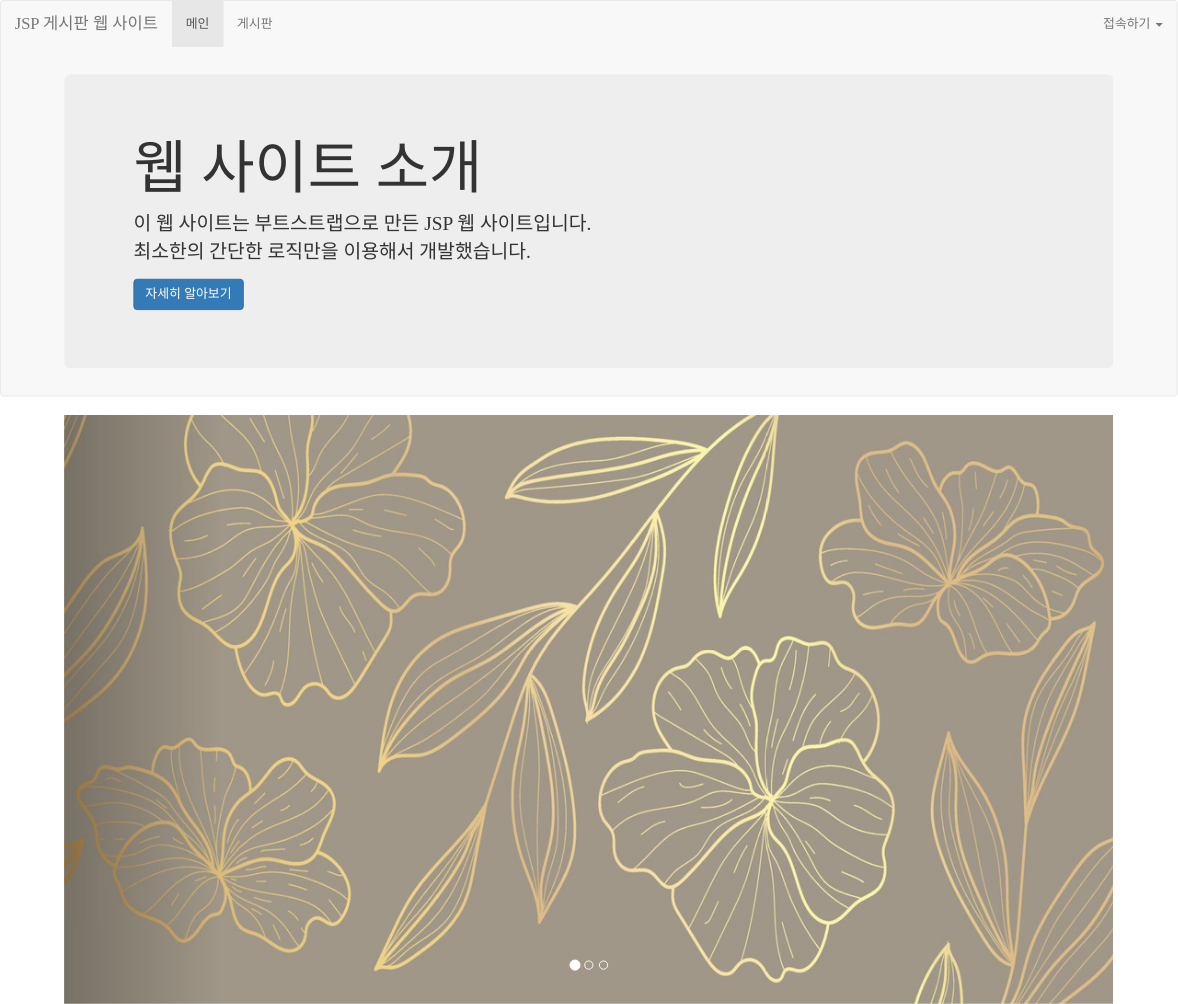
Repository: TheChok/BbsClone
Page: http://localhost/BBS/main.jsp
The author's editor kept a copy of each file at every save. The page is drawn from the files as they stood at one save, then again after the next save.
The browser window is 1280 px wide. The pictures show the whole page, at 92% of full size.
Some web fonts or font styles are not loaded; a fallback is used. Some web libraries are served in a nearby version. The page is served by Tomcat 9. Other server files are loaded and not shown.

Above is the page before, as saved 2023-09-21 18:57:41.

### BBS/src/main/webapp/main.jsp
<%@ page language="java" contentType="text/html; charset=UTF-8" pageEncoding="UTF-8" %>
<%@ page import="java.io.PrintWriter" %>
<!DOCTYPE html>
<html>
<head>
	<meta http-equiv="Content-Type" content="text/html; charset=UTF-8">
	<meta name="viewport" content="width=device-width", initial-scale="1">
	<link rel="stylesheet" href="css/bootstrap.css">
	<link rel="stylesheet" href="css/custom.css">
	<title>JSP 게시판 웹 사이트</title>
</head>
<body>
	<%
		String userID = null;
		if(session.getAttribute("userID") != null) {
			userID = (String) session.getAttribute("userID");
		}
	%>
	<!-- navbar -->
	<nav class="navbar navbar-default">
		<div class="navbar-header">
			<button type="button" class="navbar-toggle"
				data-toggle="collapse" data-target="#bs-example-navbar-collapse-1"
				aria-expanded="false">
				<span class="icon-bar"></span>
				<span class="icon-bar"></span>
				<span class="icon-bar"></span>
			</button>
			<a class="navbar-brand" href="main.jsp">JSP 게시판 웹 사이트</a>
		</div>

		<div class="collapse navbar-collapse" id="bs-example-navbar-collapse-1">
			<ul class="nav navbar-nav">
				<li class='active'><a href="main.jsp">메인</a></li>
				<li><a href="bbs.jsp">게시판</a></li>
			</ul>

			<%
				if(userID == null) {
			%>
				<ul class="nav navbar-nav navbar-right">
					<li class="dropdown">
						<a href="#" class="dropdown-toggle"
							data-toggle="dropdown" role="button" aria-haspopup="true"
							aria-expanded="false">
							접속하기
							<span class="caret"></span>
						</a>
						<ul class="dropdown-menu">
							<li><a href="login.jsp">로그인</a></li>
							<li><a href="join.jsp">회원가입</a></li>
						</ul>
					</li>
				</ul>
			<%
				} else {
			%>
				<ul class="nav navbar-nav navbar-right">
					<li class="dropdown">
						<a href="#" class="dropdown-toggle"
							data-toggle="dropdown" role="button" aria-haspopup="true"
							aria-expanded="false">
							회원관리
							<span class="caret"></span>
						</a>
						<ul class="dropdown-menu">
							<li><a href="logoutAction.jsp">로그아웃</a></li>
						</ul>
					</li>
				</ul>
			<%
				}
			%>

			<div class="container"  style="margin-top:80px;">
				<div class="jumbotron">
					<div class="container">
						<h1>웹 사이트 소개</h1>
						<p>
							이 웹 사이트는 부트스트랩으로 만든 JSP 웹 사이트입니다.<br/>
							최소한의 간단한 로직만을 이용해서 개발했습니다.
						</p>
						<p><a class="btn btn-primary btn-pull" href="#" role="button">자세히 알아보기</a></p>
					</div>
				</div>
			</div>
		</div>
	</nav>
	<!-- End - navbar -->

	<!-- carousel -->
	<div class="container">
		<div id="myCarousel" class="carousel" date-ride="carousel">
			<ol class="carousel-indicators">
				<li data-target="#myCarousel" date-slide-to="0" class="active"></li>
				<li data-target="#myCarousel" date-slide-to="1"></li>
				<li data-target="#myCarousel" date-slide-to="2"></li>
			</ol>
			<div class="carousel-inner">
				<div class="item active">
					<img src="images/1.jpg" />
				</div>
				<div class="item">
					<img src="images/2.jpg" />
				</div>
				<div class="item">
					<img src="images/3.jpg" />
				</div>
			</div>
			<a class="left carousel-control" href="#myCarousel" data-slide="prev">
				<span class="glyphicon-chevron-left"></span>
			</a>
		</div>
	</div>

	<script src="https://code.jquery.com/jquery-3.1.1.min.js"></script>
	<script src="js/bootstrap.js"></script>
</body>
</html>

### BBS/src/main/webapp/css/custom.css
@import url(http://fonts.googleapis.com/earlyaccess/nanumgothic.css);
@import url(http://fonts.googleapis.com/earlyaccess/hanna.css);

* {
	font-family : 'Nanum Gothic';
}
h1 {
	font-family : 'Hanna';
}

Loaded but not shown: BBS/src/main/webapp/css/bootstrap.css (library); BBS/src/main/webapp/js/bootstrap.js (library)

After the next save:
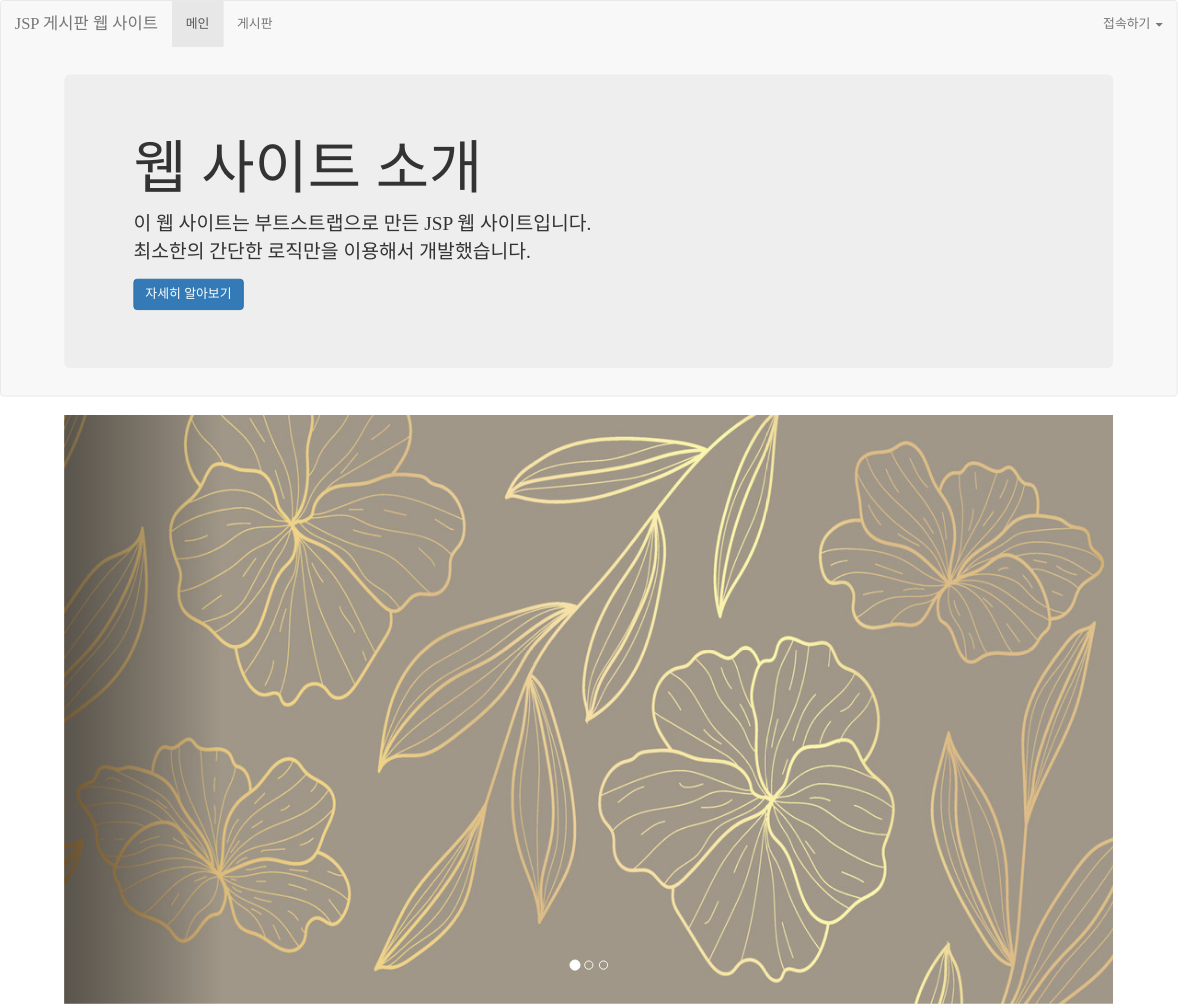
Saved 15 s later.
--- a/BBS/src/main/webapp/main.jsp
+++ b/BBS/src/main/webapp/main.jsp
@@ -110,6 +110,9 @@
 			<a class="left carousel-control" href="#myCarousel" data-slide="prev">
 				<span class="glyphicon-chevron-left"></span>
 			</a>
+			<a class="left carousel-control" href="#myCarousel" data-slide="prev">
+				<span class="glyphicon-chevron-right"></span>
+			</a>
 		</div>
 	</div>
 
